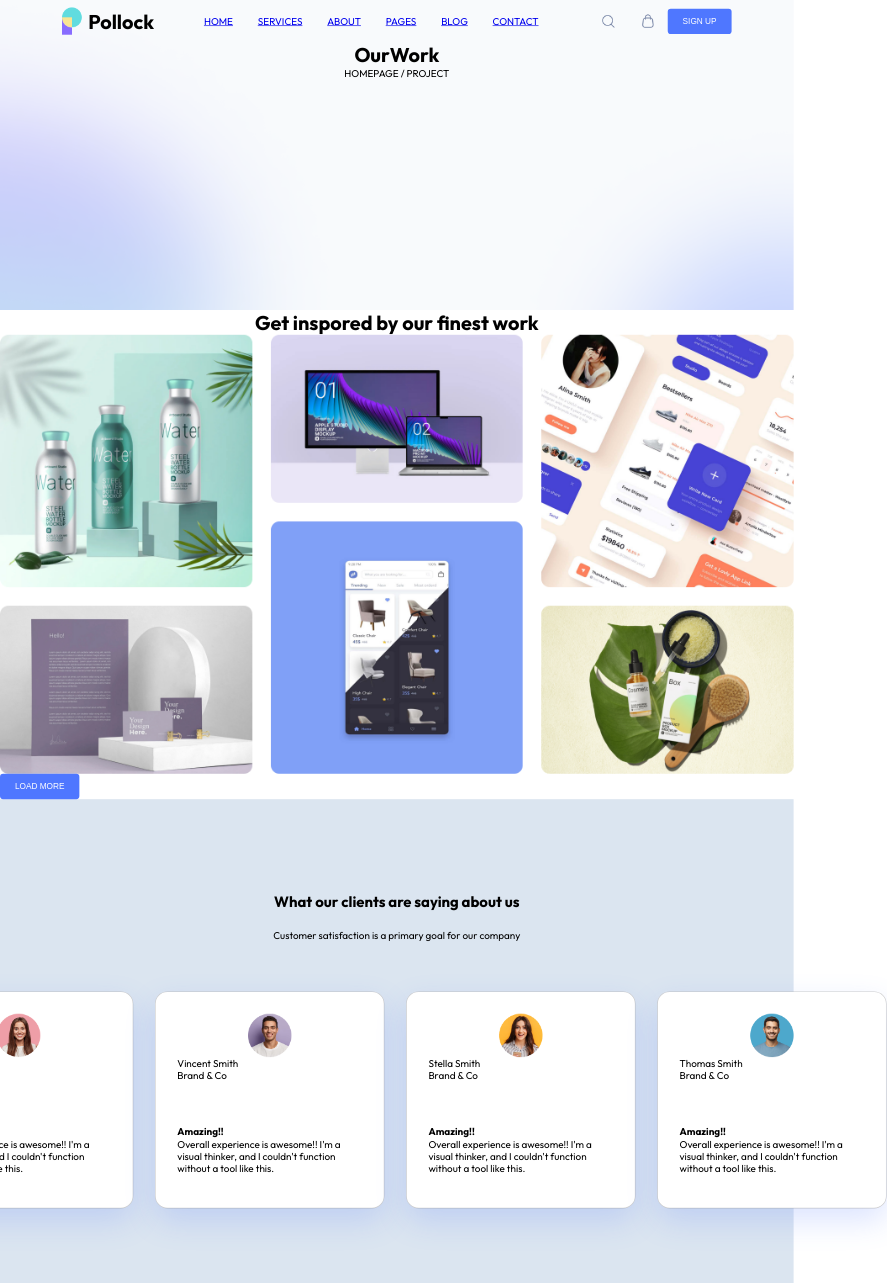
Repository: Nam936/exercises
Page: index.html
An editor plug-in stored every save of this project. The page is shown before and after the next save, followed by the edit.
The browser window is 1280 px wide. The page is 1430 px wide, so the pictures cover 1430 px, including what lies to the right of the window. The pictures show the whole page, at 62% of full size.

Above is the page before, as saved 2022-12-30 14:12:08.

### index.html
<!DOCTYPE html>
<html lang="en">
<head>
    <meta charset="UTF-8">
    <meta http-equiv="X-UA-Compatible" content="IE=edge">
    <meta name="viewport" content="width=device-width, initial-scale=1.0">
    <title>Pollock</title>
    <link href="https://fonts.googleapis.com/css2?family=Outfit:wght@400;500;600;700&display=swap" rel="stylesheet">
    <link rel="stylesheet" href="style.css">
</head>
<body>
<div id="wrap">
    <div class="bg_header">
        <div class="container">
            <div class="header">
                <div class="menu_header">
                    <h1 class="logo">
                        <img src="/img/Frame_header.png" alt="logo">
                        <p class="txt_header">Pollock</p>
                    </h1>
                    <div class="lst_header">
                        <ul>
                            <li><a href="#">HOME</a></li>
                            <li><a href="#">SERVICES</a></li>
                            <li><a href="#">ABOUT</a></li>
                            <li><a href="#">PAGES</a></li>
                            <li><a href="#">BLOG</a></li>
                            <li><a href="#">CONTACT</a></li>
                        </ul>
                        </div>
                        <div class="icon_header">
                            <img class="search" src="/img/Iconex/Search_header.png" alt="">
                            <img class="cart" src="/img/Iconex/Bag_header.png" alt="">
                            <button>SIGN UP</button>
                        </div>
                    </div>
                </div>
                <div class="txt_ct">
                    <h1>OurWork</h1>
                    <p>HOMEPAGE / PROJECT</p>
                </div>
            </div>
        </div>
    </div>
    <div class="main">
        <div class="tit_main">
            <h1>Get inspored by our finest work</h1>
        </div>
            <div class="prod_main">
                <div class="prod_itm">
                    <img src="/img/main_img/1.png "alt="">
                    <img src="/img/main_img/2.png" alt="">
                </div>
                <div class="prod_itm">
                    <img src="/img/main_img/3.png" alt="">
                    <img src="/img/main_img/4.png" alt="">
                </div>
                <div class="prod_itm">
                    <img src="/img/main_img/5.png" alt="">
                    <img src="/img/main_img/6.png" alt="">
            </div>
        </div>
        <div class="button">
            <button>LOAD MORE</button>
        </div>



    <div class="member">
        <div class="head_mem">
            <div class="tit_mem">
                <h2>What our clients are saying about us</h2>
                <p>Customer satisfaction is a primary goal for our company</p>
            </div>
            <!-- <div class="scroll"></div> -->
        </div>
        <div class="slide">
            <div class="tag">
                <div class="tag_itm">
                    <div class="tag_avatar">
                        <div class="tag_cont">
                            <img src="/img/avatar/Avatar.png" alt="">
                            <div class="name_mem">
                                <span>Monica Smith</span>
                                <p>Brand & Co</p>
                            </div>
                        </div>
                    </div>
                    <div class="txt">
                        <strong>Amazing!!</strong>
                        <p>Overall experience is awesome!! I'm a visual thinker, and I couldn't function without a tool like this.</p>
                    </div>
                </div>
            </div>
            <div class="tag">
                <div class="itm">
                    <div class="tag_avatar">
                        <div class="tag_cont">
                            <img src="/img/avatar/Avatar2.png" alt="">
                            <div class="name_mem">
                                <span>Vincent Smith</span>
                                <p>Brand & Co</p>
                            </div>
                        </div>

                    </div>
                    <div class="txt">
                        <strong>Amazing!!</strong>
                        <p>Overall experience is awesome!! I'm a visual thinker, and I couldn't function without a tool like this.</p>
                    </div>
                </div>
            </div>
            <div class="tag">
                <div class="tag_itm">
                    <div class="tag_avatar">
                        <dv class="tag_cont">
                            <img src="/img/avatar/Avatar3.png" alt="">
                            <div class="name_mem">
                                <span>Stella Smith</span>
                                <p>Brand & Co</p>
                            </div>
                        </dv>
                    </div>
                    <div class="txt">
                        <strong>Amazing!!</strong>
                        <p>Overall experience is awesome!! I'm a visual thinker, and I couldn't function without a tool like this.</p>
                    </div>
                </div>
            </div>
            <div class="tag">
                <div class="tag_itm">
                    <div class="tag_avatar">
                        <div class="tag_cont">
                            <img src="/img/avatar/Avatar4.png" alt="">
                            <div class="name_mem">
                                <span>Thomas Smith</span>
                                <p>Brand & Co</p>
                            </div>
                        </div>
                    </div>
                    <div class="txt">
                        <strong>Amazing!!</strong>
                        <p>Overall experience is awesome!! I'm a visual thinker, and I couldn't function without a tool like this.</p>
                    </div>
                </div>
            </div>
        </div>
    </div>
    </div>

</div>
</body>
</html>

### style.css
* {
    margin: 0;
    padding: 0;
    box-sizing: border-box;
}
body{
    font-family: 'Outfit', sans-serif;
}

.bg_header{
    width: 100%;
    height: 500px;
    background-image: url(/img/Hero_background.png);
}
.container{
    max-width: 1170px;
    margin: 0px auto;
    padding: 0px 15px;
    width: 100%;
}
header{display: flex;}
.menu_header{display: flex;justify-content: space-around;align-items: center;}
.menu_header img{width: 32px; height: 44px;}
.logo {display: flex; align-items: center;}
.txt_header{padding-left: 10px;}
.lst_header ul{display: flex; list-style-type: none;}
.lst_header ul li{margin: 22px 20px;}

.icon_header{display: flex; align-items: center;}
.icon_header img{ width: 24px; height: 24px;}
.cart,.search{margin: 22px 20px;}
button{background-color:#4F77FF; border: 0px; border-radius: 5px; padding:13px 24px; color: #fff;}

.txt_ct{text-align: center;}


/* main_content */
.tit_main{text-align: center;}



/* .prod_main div{margin: 30px;} */

.prod_main{display:flex; gap: 30px;}
img{display: block; width: 100%;}
.prod_itm :first-child{margin-bottom: 30px;}

/* member style */
.member{background:#dbe5f0; width: 100%; height: 781px;}
.head_mem{margin-bottom: 80px;}
.tit_mem{text-align: center; padding-top: 120px;}
h2{margin: 30px;}

/*      */
.slide{display: grid; grid-template-columns: 375px 375px 375px 375px ; justify-content: center; gap: 30px;}
.tag{width: 370px; height: 350px; border: 1px solid rgba(0,0,0,0.2); border-radius: 20px; background: #fff;box-shadow: 0px 20px 50px rgba(79, 119, 255, 0.2); }
.tag_avatar img{ width: 70px; height: 70px; margin: auto;}
.tag_avatar{padding: 35px;}
.txt{padding: 35px;}

After the next save:
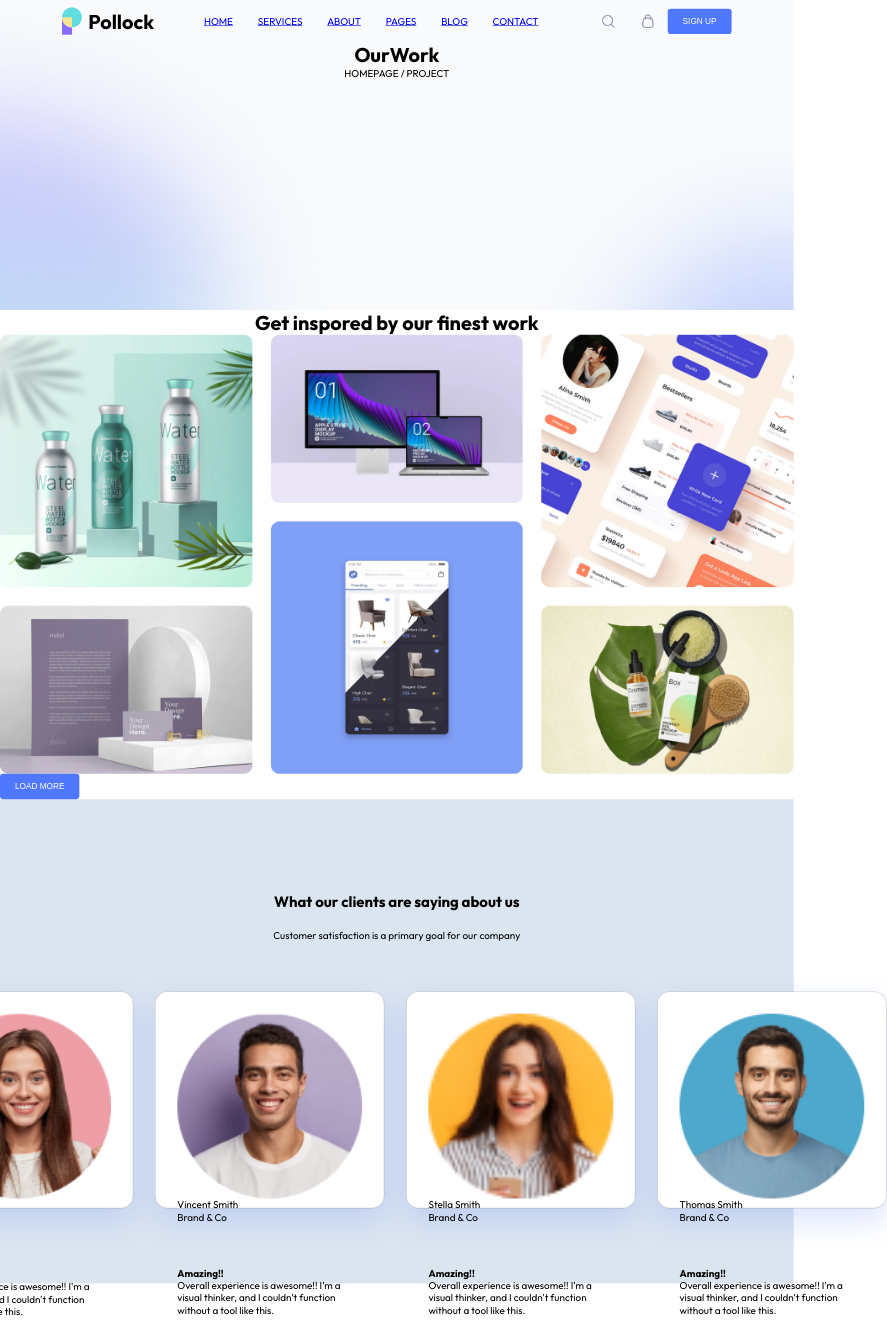
Saved 5 s later.
--- a/style.css
+++ b/style.css
@@ -54,6 +54,7 @@
 /*      */
 .slide{display: grid; grid-template-columns: 375px 375px 375px 375px ; justify-content: center; gap: 30px;}
 .tag{width: 370px; height: 350px; border: 1px solid rgba(0,0,0,0.2); border-radius: 20px; background: #fff;box-shadow: 0px 20px 50px rgba(79, 119, 255, 0.2); }
+tag
 .tag_avatar img{ width: 70px; height: 70px; margin: auto;}
 .tag_avatar{padding: 35px;}
 .txt{padding: 35px;}

After the 3 saves that followed:
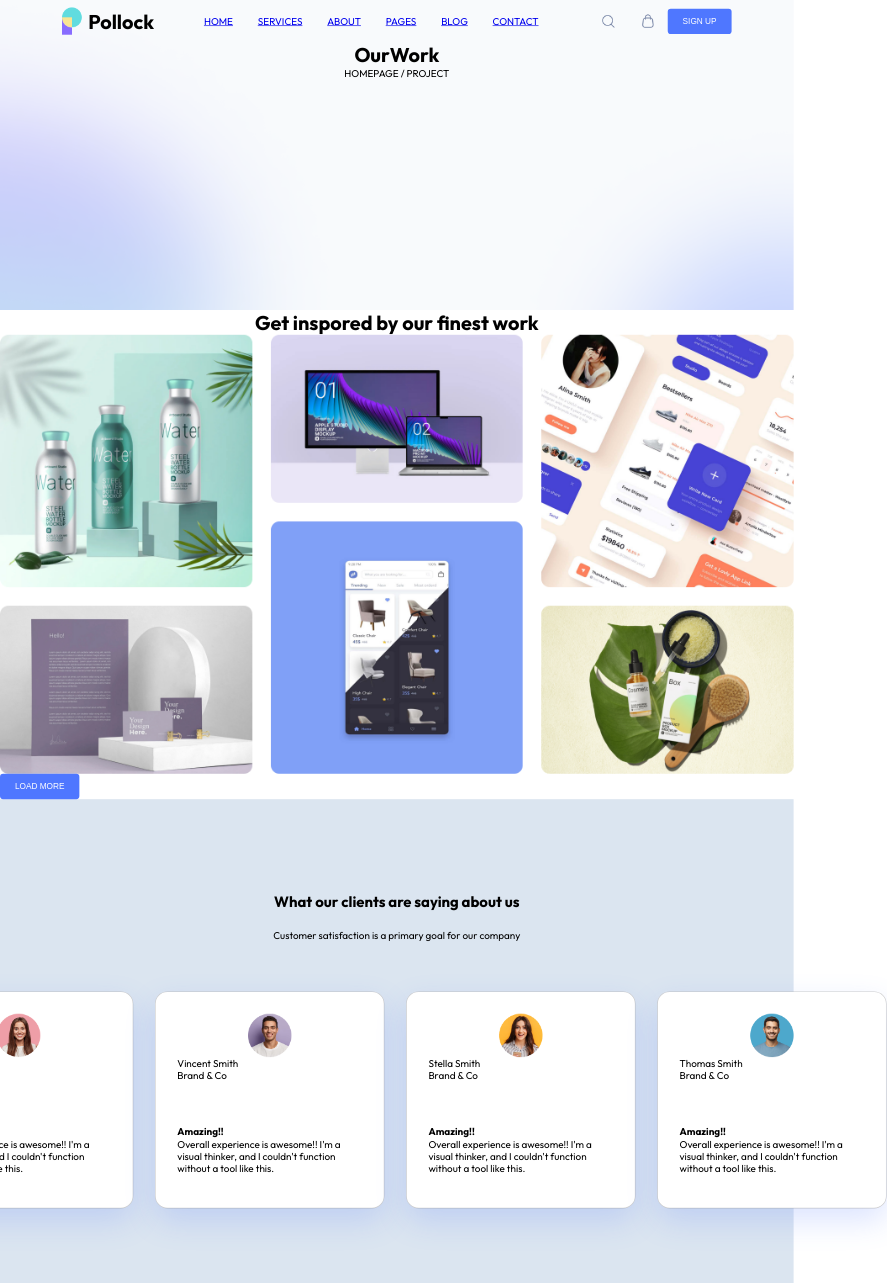
The 3 saves are shown as one change because they came seconds apart.
The last was saved 8 s later.
--- a/style.css
+++ b/style.css
@@ -54,7 +54,7 @@
 /*      */
 .slide{display: grid; grid-template-columns: 375px 375px 375px 375px ; justify-content: center; gap: 30px;}
 .tag{width: 370px; height: 350px; border: 1px solid rgba(0,0,0,0.2); border-radius: 20px; background: #fff;box-shadow: 0px 20px 50px rgba(79, 119, 255, 0.2); }
-tag
+tag_itm{text-align: center;}
 .tag_avatar img{ width: 70px; height: 70px; margin: auto;}
 .tag_avatar{padding: 35px;}
 .txt{padding: 35px;}
